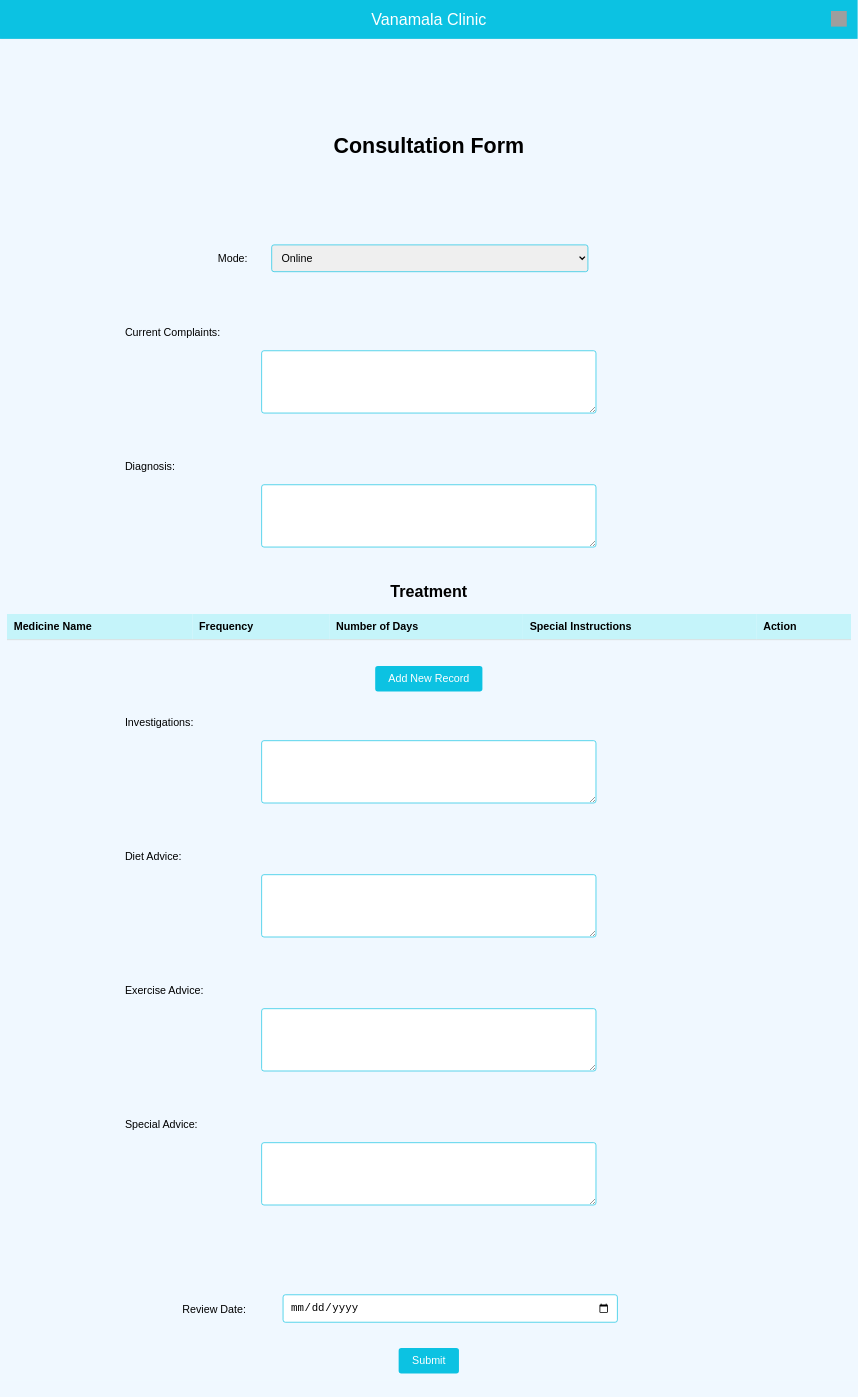
Repository: Praadnya/MEDICAL_CLINIC_WEBSITE
Page: http://localhost/consultation
An editor plug-in stored every save of this project. The page is shown before and after the next save, followed by the edit.
The browser window is 1280 px wide. The pictures show the whole page, at 67% of full size.
Pictures or frames that could not be fetched are drawn as grey boxes. Some web fonts or font styles are not loaded; a fallback is used. The page is this project's Thymeleaf template; nobody is signed in. The template is opened directly, without the code that normally fills it, so the values that code supplies are empty.

Above is the page before, as saved 2024-06-13 09:54:11.

### demo/src/main/resources/templates/consultation.html
<!DOCTYPE html>
<html xmlns:th="http://www.thymeleaf.org">
<head>
    <title>Consultation Form</title>
    <meta charset="UTF-8">
    <meta name="viewport" content="width=device-width, initial-scale=1.0">
    <style>
        /* General styles */
        @import url('https://fonts.googleapis.com/css2?family=Merriweather:ital,wght@0,300;0,400;0,700;0,900;1,300;1,400;1,700;1,900&display=swap');

		.table-container {
						  width: 100%;
						  overflow-x: auto;
						}

						table{
							width: 100%;
						}

        body {
            font-family: Arial, sans-serif;
            margin: 0;
            padding: 0;
            box-sizing: border-box;
            background-color: #f0f8ff; /* Light sky blue background */
            padding: 10px;
			width: 100%;
        }

		.navbar {
		            background-color: rgb(12, 194, 226); /* Darker shade of blue */
		            color: white;
		            padding: 15px 0;
		            text-align: center;
		            font-size: 24px;
		            position: fixed;
		            width: 100%;
		            top: 0;
		            left: 0;
		            box-shadow: 0 0px 2px -2px gray;
		            font-family: 'Merriweather', sans-serif;
		            display: flex;
		            flex-direction: row;
		        }

		        .navbar span {
		            display: inline-block;
		            vertical-align: middle;
		            line-height: normal;
		            margin: auto;
		        }

		        .navbar .home-button {
		            position: absolute;
		            right: 20px;
		            bottom:28px;
		            width: 24px;
		            height: 24px;
		            background-color: transparent;
		            border: none;
		            cursor: pointer;
		        }

		        .navbar .home-button img {
		            width: 24px;
		            height: 24px;
		            vertical-align: middle;
		            line-height: normal;
		        }

        .content {
            margin-top: 5%; /* Adjust to avoid overlap with navbar */
            width: 100%;
            text-align: center; /* Center content */
        }


        label {
            display: block;
            margin: 0 0 5px 10px;
            text-align: left; /* Align labels to the left */
        }

        input, select{
            padding: 10px;
            font-size: 16px;
            width: 100%;
            max-width: 500px;
            border: 1px solid rgb(12, 194, 226);
            border-radius: 4px;
            margin-bottom: 10px;
            box-sizing: border-box; /* Include padding in width calculation */
        }

		textarea{
			padding: 10px;
            font-size: 16px;
            width: 100%;
            max-width: 500px;
            border: 1px solid rgb(12, 194, 226);
            border-radius: 4px;
            margin-bottom: 10px;
            box-sizing: border-box;
			text-align: center;
		}


        button {
            padding: 10px 20px;
            font-size: 16px;
            background-color: rgb(12, 194, 226); /* Darker shade of blue */
            color: white;
            border: none;
            border-radius: 4px;
            cursor: pointer;
            margin-top: 10px;
        }

		h1{
			text-align: center;
			margin-top: 15%;
		}

        button:hover {
            background-color: rgb(12, 194, 226);
        }

        table {
            width: 100%;
            border-collapse: collapse;
            margin-top: 20px;
        }

        th, td {
            padding: 10px;
            text-align: left;
            border-bottom: 1px solid rgb(211, 211, 211);
        }

        th {
            background-color: rgb(197, 244, 250);
        }
		fieldset {
            width: 100%;
            box-sizing: border-box; /* Include padding in width calculation */
            overflow-x: auto; /* Enable horizontal scrolling if needed */
        }


    </style>
</head>
<body>
	<div class="navbar">
	    <span>Vanamala Clinic</span>
	    <button class="home-button" onclick="window.location.href='/patients'">
	        <img src="https://img.icons8.com/ios-filled/50/ffffff/home.png" alt="Home">
	    </button>
	</div>

        <h1>Consultation Form</h1>
		<div class="content">
        <form action="/save-consultation" method="post">
			<input type="hidden" name="PatientId" th:value="${patient.id}"/>
            <!-- Consultation Mode -->
            <div style="display: flex; align-items: center;margin: 8% 0 0 25%">
                <label for="mode" style="width: 80px;margin: 3% 0 0 0">Mode:</label>
                <select id="mode" name="mode" style="width: 50%;margin: 3% 0 0 0">
                    <option value="online">Online</option>
                    <option value="offline">Offline</option>
                </select>
            </div><br>
            <!-- Current Complaints -->
			<div style="margin: 5% 0 0 0">
				<label style="margin: 3% 0 0 14%" for="currentComplaints">Current Complaints:</label><br>
				<textarea id="currentComplaints" name="currentComplaints" rows="4" cols="50"></textarea><br><br>
				<!-- Diagnosis -->
				<label style="margin: 3% 0 0 14%" for="diagnosis">Diagnosis:</label><br>
				<textarea id="diagnosis" name="diagnosis" rows="4" cols="50"></textarea><br><br>
				<!-- Treatment -->
				<h2>Treatment</h2>
								            <div class="table-container">
										    <table id="treatmentTable" style="width: 100%; margin: 0 10% 0 0">
										        <tr>
										            <th>Medicine Name</th>
										            <th>Frequency</th>
										            <th>Number of Days</th>
										            <th>Special Instructions</th>
										            <th>Action</th>
										        </tr>
										        <!-- Add rows for existing treatment data if needed -->
										    </table>
											</div>
										    <button style="margin: 3% 0 0 0" type="button" onclick="addTreatmentRow()">Add New Record</button>

								        <br>

				<!-- Investigations -->
				<label style="margin: 3% 0 0 14%" for="investigations">Investigations:</label><br>
				<textarea id="investigations" name="investigations" rows="4" cols="50"></textarea><br><br>
				<!-- Diet Advice -->
				<label style="margin: 3% 0 0 14%" for="dietAdvice">Diet Advice:</label><br>
				<textarea id="dietAdvice" name="dietAdvice" rows="4" cols="50"></textarea><br><br>
				<!-- Exercise Advice -->
				<label style="margin: 3% 0 0 14%" for="exerciseAdvice">Exercise Advice:</label><br>
				<textarea id="exerciseAdvice" name="exerciseAdvice" rows="4" cols="50"></textarea><br><br>
				<!-- Special Advice -->
				<label style="margin: 3% 0 0 14%" for="specialAdvice">Special Advice:</label><br>
				<textarea id="specialAdvice" name="specialAdvice" rows="4" cols="50"></textarea><br><br>
						<!-- Review Date -->
						<div style="display: flex; align-items: center; margin: 8% 0 0 20%">
						    <label for="reviewDate" style="width: 100px;">Review Date:</label>
						    <input type="date" id="reviewDate" name="reviewDate" style="width: 50%; margin-left:5%;">
						</div><br>
					</div>
					<!-- Submit Button -->
					<button type="submit">Submit</button>
				</form>
			</div>
			<!-- JavaScript for adding new rows to the treatment table -->
			<script>
				// Example JavaScript code for dynamically adjusting table width
						window.addEventListener('resize', function() {
						    var tableContainer = document.querySelector('.table-container');
						    var table = document.querySelector('table');
						    table.style.width = tableContainer.clientWidth + 'px';
						});


				function addTreatmentRow() {
						        var table = document.getElementById("treatmentTable");
						        var lastRow = table.rows[table.rows.length - 1];
						        var inputs = lastRow.getElementsByTagName("input");

						        for (var i = 0; i < inputs.length; i++) {
						            if (inputs[i].value.trim() === "") {
						                alert("Please fill in all fields before adding a new row.");
						                return;
						            }
						        }

						        var newRow = table.insertRow();
						        var cells = [];
						        for (var i = 0; i < 5; i++) {
						            cells.push(newRow.insertCell());
						        }
						        cells[0].innerHTML = '<input type="text" name="treatment[' + (table.rows.length - 1) + '].medicineName">';
						        cells[1].innerHTML = '<input type="text" name="treatment[' + (table.rows.length - 1) + '].frequency">';
						        cells[2].innerHTML = '<input type="number" name="treatment[' + (table.rows.length - 1) + '].numberOfDays">';
						        cells[3].innerHTML = '<input type="text" name="treatment[' + (table.rows.length - 1) + '].specialInstructions">';
						        cells[4].innerHTML = '<button style="margin:0 0 12% 0" type="button" onclick="deleteTreatmentRow(this)">Delete</button>';
						    }

						    function deleteTreatmentRow(button) {
						        var row = button.parentNode.parentNode;
						        row.parentNode.removeChild(row);
						    }

			    window.onload = function() {
			        const today = new Date().toISOString().split('T')[0];
			        const dateInput = document.getElementById('reviewDate');
			        dateInput.setAttribute('min', today);
			    }
			</script>
		</body>
		</html>

After the next save:
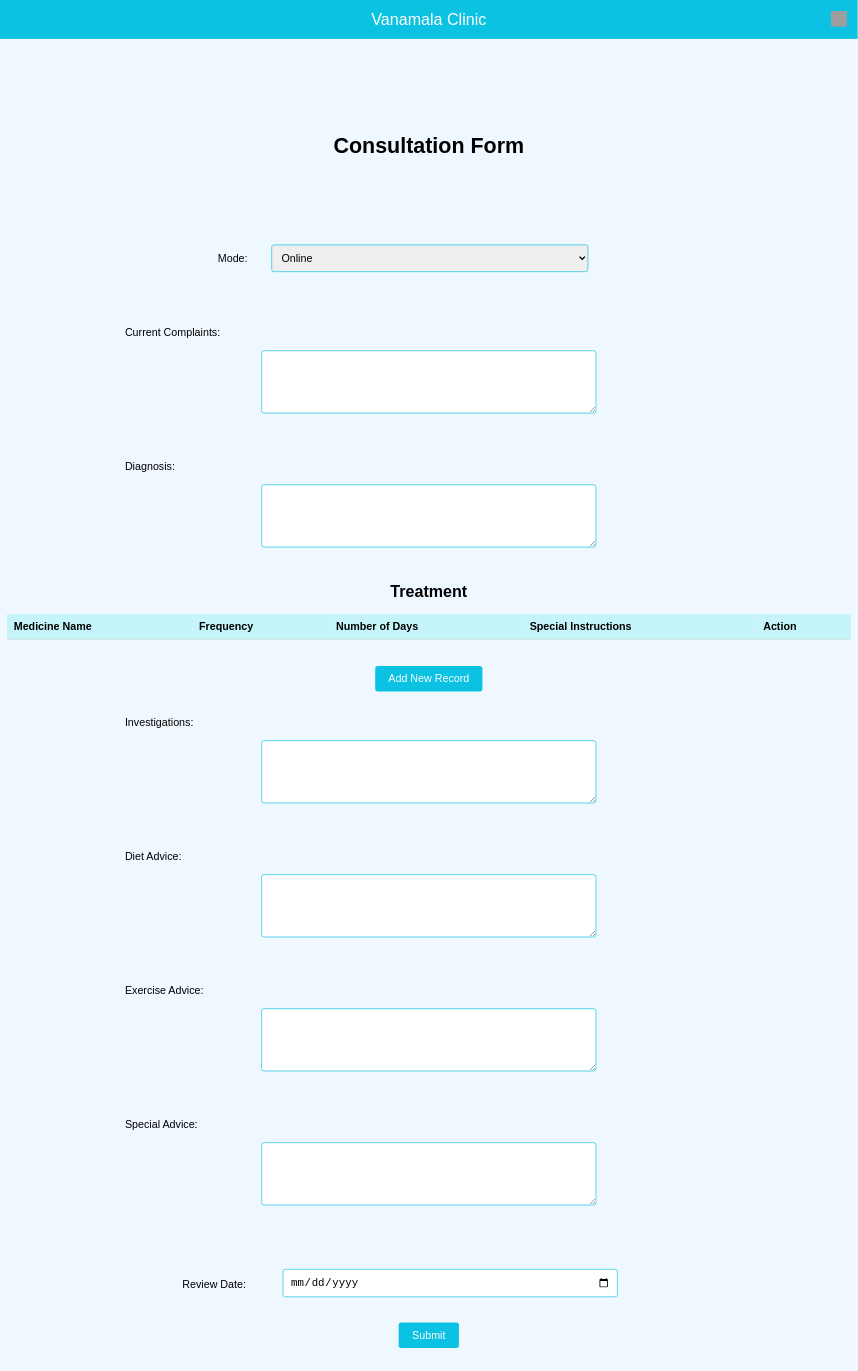
Saved 84 s later.
--- a/demo/src/main/resources/templates/consultation.html
+++ b/demo/src/main/resources/templates/consultation.html
@@ -101,7 +101,6 @@
             border-radius: 4px;
             margin-bottom: 10px;
             box-sizing: border-box;
-			text-align: center;
 		}
 
 
@@ -207,7 +206,7 @@
 				<label style="margin: 3% 0 0 14%" for="specialAdvice">Special Advice:</label><br>
 				<textarea id="specialAdvice" name="specialAdvice" rows="4" cols="50"></textarea><br><br>
 						<!-- Review Date -->
-						<div style="display: flex; align-items: center; margin: 8% 0 0 20%">
+						<div style="display: flex; align-items: center; margin: 5% 0 0 20%">
 						    <label for="reviewDate" style="width: 100px;">Review Date:</label>
 						    <input type="date" id="reviewDate" name="reviewDate" style="width: 50%; margin-left:5%;">
 						</div><br>
